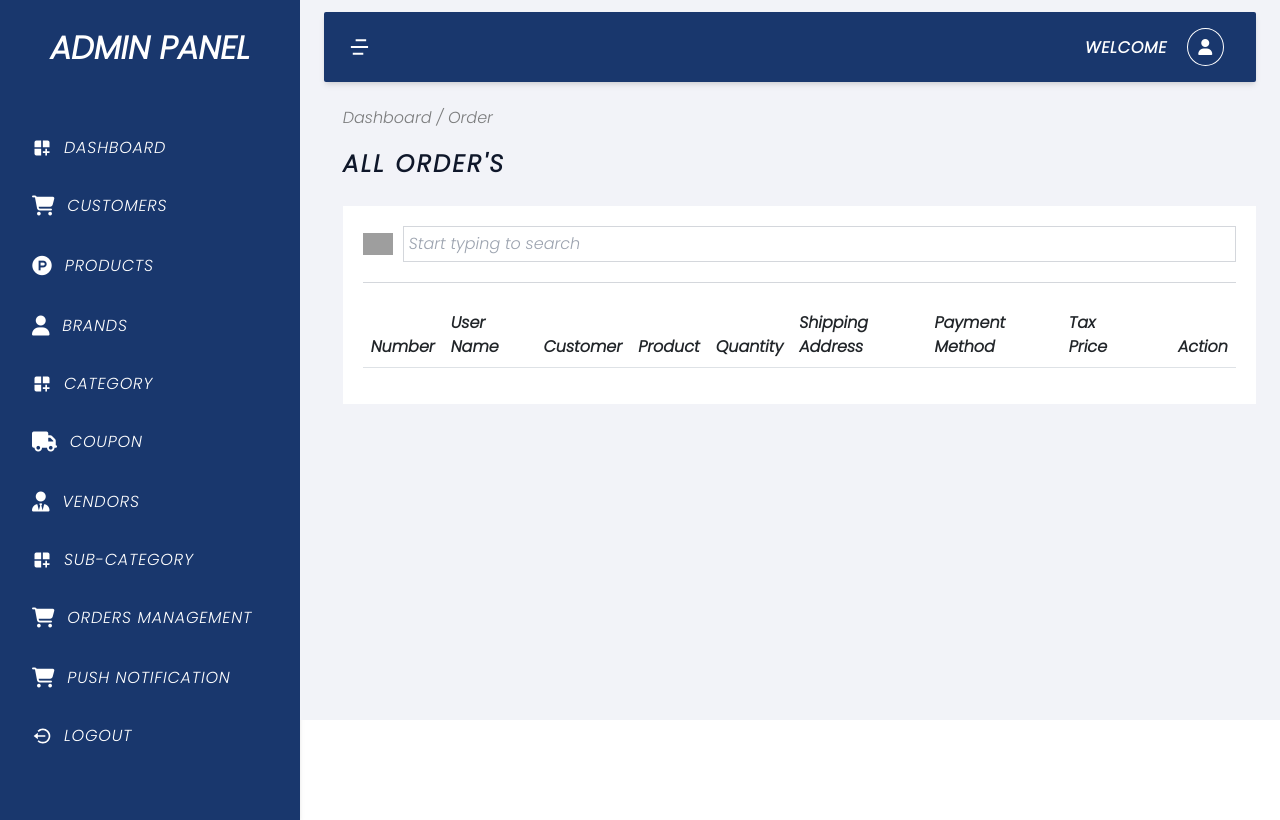
Repository: FlyweisReact/AnilAdminPanel
Page: /E-commerce/Admin/Orders
These files come from the project's save history. The page is drawn as it stood at one moment and after a run of saves; the edit follows.
The browser window is 1280 px wide. The pictures show the whole page.
Pictures or frames that could not be fetched are drawn as grey boxes. The page's requests for data from a server got no answer. Some web libraries are served in a nearby version. The project was rebuilt for these pictures with package versions that can differ from the ones it lists, and the page was loaded fresh each time. No one was signed in, and anything a server would have sent is missing. Also part of the build but not shown: src/E-CommerceAdmin/forms/Login.jsx, src/E-CommerceAdmin/pages/Dashboard.jsx, src/E-CommerceAdmin/pages/ECategory.js, src/E-CommerceAdmin/pages/EProduct.js, src/E-CommerceVendor/forms/EVendorLogin.jsx, src/E-CommerceAdmin/pages/EVendorList.js, src/E-CommerceAdmin/pages/EAdminProduct.js, src/E-CommerceAdmin/pages/EAdminDelivery.js and 5 more. Imported but missing from the stored project, and not drawn on this page: src/E-CommerceVendor/pages/EVCategory, src/E-CommerceVendor/pages/EVDashboard, src/E-CommerceVendor/pages/EVOrders, src/E-CommerceVendor/pages/EVProduct, src/E-CommerceVendor/pages/EVSubCategory.

Above is the page before, as saved 2023-05-03 16:19:21.

### public/index.html
<!-- @format -->

<!DOCTYPE html>
<html lang="en">
  <head>
    <meta charset="utf-8" />
    <meta name="viewport" content="width=device-width, initial-scale=1" />
    <meta name="theme-color" content="#000000" />
    <meta
      name="description"
      content="Web site created using create-react-app"
    />
    <link rel="apple-touch-icon" href="%PUBLIC_URL%/favicon.ico?v=2" />
    <link rel="manifest" href="%PUBLIC_URL%/manifest.json" />
    <link rel="preconnect" href="https://fonts.googleapis.com">
<link rel="preconnect" href="https://fonts.gstatic.com" crossorigin>
<link href="https://fonts.googleapis.com/css2?family=Roboto+Mono:ital,wght@1,300&display=swap" rel="stylesheet">
    <title>Anil Admin Panel</title>
  </head>
  <body>
    <noscript>You need to enable JavaScript to run this app.</noscript>
    <div id="root"></div>
    <script src="https://code.jquery.com/jquery-3.6.0.min.js"></script>
    <script src="https://kit.fontawesome.com/b533b351e4.js" crossorigin="anonymous"></script>
  </body>
</html>

### src/index.js
import React from "react";
import ReactDOM from "react-dom/client";
import "./index.css";
import App from "./App";
import { BrowserRouter } from "react-router-dom";
import 'bootstrap/dist/css/bootstrap.min.css'

const root = ReactDOM.createRoot(document.getElementById("root"));
root.render(
  <React.StrictMode>
    <BrowserRouter>
      <App />
    </BrowserRouter>
  </React.StrictMode>
);

### src/index.css
/** @format */

@tailwind base;
@tailwind components;
@tailwind utilities;
@import url("https://fonts.googleapis.com/css2?family=Roboto+Mono:ital,wght@1,300&display=swap");
@font-face {
  font-family: Roboto;
  src: url("./Fonts/Poppins-LightItalic.ttf");
}
body {
  margin: 0;
  font-family: Roboto !important;
  -webkit-font-smoothing: antialiased;
  -moz-osx-font-smoothing: grayscale;
}

code {
  font-family: Roboto !important;
}

html {
  font-family: Roboto !important;
}

::-webkit-scrollbar {
  width: 10px;
}
.fa-trash {
  color: red;
  cursor: pointer;
}

.iCOn {
  transition: 0.5s;
  box-shadow: none;
  transform: scale(1);
}
.cardDiv {
  cursor: pointer;
}

.cardDiv:hover .iCOn {
  box-shadow: rgba(0, 0, 0, 0.35) 0px 5px 15px;
  transform: scale(1.3);
}

/* Track */
::-webkit-scrollbar-track {
  background: #f1f1f1;
}

/* Handle */
::-webkit-scrollbar-thumb {
  background: #888;
}

/* Handle on hover */
::-webkit-scrollbar-thumb:hover {
  background: #555;
}
.profileImage {
  width: 100px;
}
.fa-eye {
  color: #029aff;
  cursor: pointer;
}
.fa-edit {
  cursor: pointer;
  color: blue;
}

.View {
  border: 1px solid black;
  width: 100%;
  padding: 10px;
}

.main-card--container {
  display: grid;
  grid-template-columns: repeat(3, minmax(300px, 500px));
  grid-gap: 50px;
  justify-content: space-around;
}
.card-container {
  margin: 25px 0 auto;
  box-shadow: rgba(0, 0, 0, 0.35) 0px 5px 15px;
  position: relative;
  display: grid;
  grid-template-columns: 1fr;
  justify-content: space-around;
  align-items: flex-start;
}

.myEdit:focus {
  box-shadow: rgba(0, 0, 0, 0.35) 0px 5px 15px;
}

.AstroLogin {
  color: #fff;
  background-color: #2b7a8e;
  padding: 10px;
  width: 380px;
  text-align: center;
  font-size: 20px;
  background: linear-gradient(to left, #2b7a8e 50%, #fff 50%) right;
  background-size: 200%;
  transition: 0.5s ease-out;
  border: 1px solid #2b7a8e;
  margin-top: 10px;
  text-transform: uppercase;
}
.AstroLogin:hover {
  background-position: left;
  color: #2b7a8e;
}

.EcommerceAdminLogin {
  color: #fff;
  background-color: #19376d;
  padding: 10px;
  width: 380px;
  text-align: center;
  font-size: 20px;
  background: linear-gradient(to left, #19376d 50%, #fff 50%) right;
  background-size: 200%;
  transition: 0.5s ease-out;
  border: 1px solid #19376d;
  margin-top: 10px;
  text-transform: uppercase;
}

.EcommerceAdminLogin:hover {
  background-position: left;
  color: #19376d;
}
.EcommerceVendorLogin {
  color: #fff;
  background-color: #576cbc;
  padding: 10px;
  width: 380px;
  text-align: center;
  font-size: 20px;
  background: linear-gradient(to left, #576cbc 50%, #fff 50%) right;
  background-size: 200%;
  transition: 0.5s ease-out;
  border: 1px solid #576cbc;
  margin-top: 10px;
  text-transform: uppercase;
}

.EcommerceVendorLogin:hover {
  background-position: left;
  color: #576cbc;
}

.view {
  background-color: #2196f3;
  color: #fff;
  width: 50%;
  padding: 5px;
}

.two-sec {
  display: flex;
  justify-content: space-evenly;
  justify-content: space-evenly;
}
.two-sec .left {
  width: 60%;
  background-color: #f6f1ef;
  padding: 20px;
}
.two-sec .left .head {
  font-size: 25px;
  font-weight: bold;
}

.two-sec .right {
  width: 30%;
  background-color: #f6f1ef;
}

.searchDiv {
  width: 100%;
  display: flex;
  gap: 10px;
  border: 1px solid rgb(179, 179, 179);
  padding: 10px;
  margin-bottom: 20px;
  align-items: center;
}
.searchDiv input {
  width: 94%;
  outline: none;
  border: none;
}

.flexCont {
  display: flex;
  align-items: center;
  gap: 10px;
}
.flexCont img {
  width: 60px;
  background-color: #e9ecef;
}

.blockContent {
  display: block;
}
.blockContent p {
  margin: 0;
}

.checkBox {
  width: 50px;
  height: 25px;
  background-color: #e9ecef;
  border-radius: 50px;
  position: relative;
  cursor: pointer;
}
.checkBox span {
  width: 20px;
  height: 20px;
  border-radius: 100%;
  background-color: #fff;
  position: absolute;
  left: 5px;
  top: 2px;
}
.ActivecheckBox {
  width: 50px;
  height: 25px;
  background-color: #0d6efd;
  border-radius: 50px;
  position: relative;
  cursor: pointer;
}
.ActivecheckBox span {
  width: 20px;
  height: 20px;
  border-radius: 100%;
  background-color: #fff;
  position: absolute;
  right: 5px;
  top: 2px;
}

.fa-eye {
  color: #0cba73;
  background-color: #d6f8e8;
  width: 40px;
  text-align: center;
  height: 40px;
  display: flex;
  border-radius: 100%;
  justify-content: center;
  padding-top: 10px;
  transition: 0.5s;
}

.fa-pen-to-square {
  color: #f4c39c;
  background-color: #ffebdb;
  width: 40px;
  text-align: center;
  height: 40px;
  display: flex;
  border-radius: 100%;
  justify-content: center;
  padding-top: 10px;
  cursor: pointer;
  transition: 0.5s;
}
.fa-trash {
  color: #df939f;
  background-color: #ffe1e8;
  width: 40px;
  text-align: center;
  height: 40px;
  display: flex;
  border-radius: 100%;
  justify-content: center;
  padding-top: 10px;
  cursor: pointer;
  transition: 0.5s;
}
.fa-trash:hover {
  transform: scale(1.2);
}
.fa-eye:hover {
  transform: scale(1.2);
}
.fa-pen-to-square:hover {
  transform: scale(1.2);
}
.required {
  color: #e74260;
}

.headP {
  margin-left: 2%;
  color: #7b7c7d;
}
.filterBox {
  display: flex;
  align-items: center;
  gap: 10px;
  border-bottom: 1px solid #d4d7dc;
  padding-bottom: 20px;
  margin-bottom: 20px;
}
.filterBox img {
  width: 30px;
}
.filterBox input {
  width: 100%;
  border: 1px solid #d4d7dc;
  outline: none;
  padding: 5px;
  color: black;
}
.sectionCont {
  width: 98%;
  background-color: #fff;
  margin-left: 2%;
  padding: 20px;
}

.overFlowCont {
  width: 100%;
  overflow-x: auto;
}

.UserProfile {
  border: 1px solid #fff;
  padding: 10px;
  border-radius: 100%;
  transition: 0.5s;
  margin-left: 20px;
  cursor: pointer;
}

.UserProfile:hover {
  background-color: #fff;
  color: #000;
}

.submitBtn{
  border-radius: 0 !important;
  background-color: #19376d !important  ;

}

.pagination{
display: flex;
justify-content: center;
align-items: center;
gap: 10px;
margin-bottom: 20px;
}
.pagination button{
  border: 1px solid black;
  /* height: 50px;
  width: 50px; */
  padding: 10px;
}

.active{
  background-color: #029aff;
  color: #fff;
  border: 1px solid #029aff  !important;
}

### src/E-CommerceAdmin/pages/EAdminOrders.js
/** @format */

import axios from "axios";
import React, { useEffect, useState } from "react";
import { Badge, Button, Form, Modal, Table } from "react-bootstrap";
import HOC from "../layout/HOC";

const EAdminOrders = () => {
  const [modalShow, setModalShow] = useState(false);
  const [data, setData] = useState([]);

  const fetchData = async () => {
    try {
      const { data } = await axios.get(
        " https://xw9mf13nwl.execute-api.ap-south-1.amazonaws.com/dev/api/v1/orders"
      );
      setData(data);
    } catch (e) {
      console.log(e);
    }
  };

  useEffect(() => {
    fetchData();
  }, []);

  function EditStatus(props) {
    return (
      <Modal
        {...props}
        size="lg"
        aria-labelledby="contained-modal-title-vcenter"
        centered
      >
        <Modal.Header closeButton>
          <Modal.Title id="contained-modal-title-vcenter">
            Edit Status
          </Modal.Title>
        </Modal.Header>
        <Modal.Body>
          <Form>
            <Form.Select aria-label="Default select example" className="mb-3">
              <option>--Edit Status--</option>
              <option value="1">Shipped</option>
              <option value="2">Pending</option>
              <option value="3">Canceled</option>
            </Form.Select>
            <Button variant="outline-success">Submit</Button>
          </Form>
        </Modal.Body>
      </Modal>
    );
  }

  return (
    <>
      <EditStatus show={modalShow} onHide={() => setModalShow(false)} />
      <section>
        <p className="headP">Dashboard / Order</p>

        <div
          className="pb-4 sticky top-0  w-full flex justify-between items-center"
          style={{ width: "98%", marginLeft: "2%" }}
        >
          <span
            className="tracking-widest text-slate-900 font-semibold uppercase"
            style={{ fontSize: "1.5rem" }}
          >
            All Order's
          </span>
        </div>
        <section className="sectionCont">
          <div className="filterBox">
            <img
              src="https://t4.ftcdn.net/jpg/01/41/97/61/360_F_141976137_kQrdYIvfn3e0RT1EWbZOmQciOKLMgCwG.jpg"
              alt=""
            />
            <input type="search" placeholder="Start typing to search" />
          </div>

          <div className="overFlowCont">
            <Table>
              <thead>
                <tr>
                  <th>Number</th>
                  <th>User Name</th>
                  <th>Customer</th>
                  <th>Product</th>
                  <th>Quantity</th>
                  <th>Shipping Address</th>
                  <th>Payment Method</th>
                  <th>Tax Price</th>
                  <th>  </th>
                  <th>  </th>
                  <th>Action</th>
                </tr>
              </thead>
              <tbody>
                {data?.data?.map((i, index) => (
                  <tr key={index}>
                    <td> #{index + 1} </td>
                    <td> {i.userId?.name} </td>
                    <td>
                      {" "}
                      {i.items?.map((item , index) => (
                        <ul key={index}>
                          <li> {item.product?.name}  </li>
                        </ul>
                      ))}{" "}
                    </td>
                    <td>
                      {" "}
                      {i.items?.map((item , index) => (
                        <ul key={index}>
                          <li> {item.quantity}  </li>
                        </ul>
                      ))}{" "}
                    </td>
                    <td> {i.shippingAddress} </td>
                    <td> {i.paymentMethod} </td>
                    <td> {i.taxPrice} </td>
                    <td> {i.shippingPrice} </td>
                    <td> {i.isPaid=== false ? <Badge bg='danger'>Not Paid</Badge> : <Badge bg='success' >Paid</Badge>} </td>
                    <td> {i.isDelivered === false ? <Badge bg='danger'>Not Paid</Badge> : <Badge bg='success' >Paid</Badge> } </td>
                    <td> {i.createdAt  } </td>
                    <td>
                      <span className="d-flex gap-2">
                        <i className="fa-solid fa-trash"></i>
                        <i
                          class="fa-solid fa-pen-to-square"
                          onClick={() => {
                            setModalShow(true);
                          }}
                        ></i>
                      </span>
                    </td>
                  </tr>
                ))}
              </tbody>
            </Table>
          </div>
        </section>
      </section>
    </>
  );
};

export default HOC(EAdminOrders);

### src/E-CommerceAdmin/layout/HOC.jsx
/** @format */

import React, { useState } from "react";
import Navbar from "./Navbar";
import Sidebar from "./Sidebar";

const HOC = (Wcomponenet) => {
  return function Component() {
    const [hamb, setHamb] = useState(false);
    return (
      <>
        <section className="flex overflow-x-hidden relative ">
          {/* Sidebar */}
          <div
            className={
              hamb
                ? " absolute top-0 z-30 md:w-auto shadow-md bg-slate-200  w-60 transition-all md:-left-full left duration-150  h-auto overflow-y-auto  left-0 "
                : " md:w-72 z-30 bg-slate-200  shadow-md  md:static absolute top-0 -left-full   transition-all duration-150  overflow-y-auto h-auto"
            }
            style={{ minWidth: "300px" }}
          >
            <Sidebar hamb={hamb} setHamb={setHamb} />
          </div>
          {/* Components & Navbar */}
          <div
            className={
              hamb
                ? " transition-all px-4 py-2  duration-150 w-full h-screen"
                : " w-full h-screen  px-4 py-2   z-50 transition-all duration-150 "
            }
            style={{backgroundColor : '#f2f3f8'}}
          >
            <Navbar hamb={hamb} setHamb={setHamb} />
            <div className="my-6 text-#000 h-[87%] wcomp overflow-y-auto">
              {" "}
              <Wcomponenet />
            </div>
          </div>
        </section>
      </>
    );
  };
};

export default HOC;

### src/E-CommerceAdmin/layout/Navbar.jsx
/** @format */

import { useState } from "react";
import { RiMenu4Line } from "react-icons/ri";
import { ProfileUpdate } from "../Modals/Modals";

const Navbar = ({ hamb, setHamb }) => {
  const [openProfile, setOpenProfile] = useState(false);

  return (
    <>
      <ProfileUpdate show={openProfile} onHide={() => setOpenProfile(false)} />

      <div
        className={
          hamb
            ? "flex  w-full justify-between  my-1 rounded-sm  p-4 py-3 shadow-md items-center  bg-slate-200 space-x-4"
            : "flex  w-full justify-between my-1 rounded-sm  p-4 py-3 shadow-md items-center  bg-slate-200 space-x-4"
        }
        style={{ backgroundColor: "#19376d" }}
      >
        <RiMenu4Line
          onClick={() => setHamb(!hamb)}
          className="text-2xl font-bold text-gray-900 hover:scale-90 cursor-pointer"
          style={{ color: "#fff" }}
        />

        <section className="flex sm:ml-auto justify-end sm:w-full items-center space-x-2  pr-2">
          <figcaption className="tracking-wider pl-1 font-semibold">
            <div
              className="lg:text-base text-sm text-gray-900  uppercase"
              style={{ color: "#fff" }}
            >
              Welcome
              <i
                className="fa-solid fa-user UserProfile"
                onClick={() => setOpenProfile(!openProfile)}
              ></i>
            </div>
          </figcaption>
        </section>
      </div>
    </>
  );
};

export default Navbar;

### src/E-CommerceAdmin/layout/Sidebar.jsx
/** @format */

import React from "react";
import { RiCloseLine } from "react-icons/ri";
import { Link, useNavigate } from "react-router-dom";
import { BiLogOutCircle } from "react-icons/bi";
import { MdDashboardCustomize } from "react-icons/md";

const Sidebar = ({ hamb, setHamb }) => {
  const navigate = useNavigate();

  const nav = [
    {
      icon: <MdDashboardCustomize className="text-xl mr-3 rounded-full " />,
      link: "/E-Commerce/dashboard",
      name: "Dashboard",
    },

    {
      icon: (
        <i className="fa-solid fa-cart-shopping text-xl mr-3 rounded-full"></i>
      ),
      link: "/Customer",
      name: "Customers",
    },

    {
      icon: (
        <i className="fa-brands fa-product-hunt text-xl mr-3 rounded-full"></i>
      ),
      link: "/E-Commerce/Product",
      name: "Products",
    },

    {
      icon: <i class="fa-solid fa-user text-xl mr-3 rounded-full"></i>,
      link: "/E-Commerce/Admin",
      name: "Brands",
    },
    {
      icon: <MdDashboardCustomize className="text-xl mr-3 rounded-full " />,
      link: "/E-Commerce/Category",
      name: "Category",
    },
    {
      icon: <i class="fa-solid fa-truck  text-xl mr-3 rounded-full"></i>,
      link: "/E-Commerce/Admin/Delivery",
      name: "Coupon",
    },

    {
      icon: <i class="fa-solid fa-user-tie text-xl mr-3 rounded-full"></i>,
      link: "/E-Commerce/VendorList",
      name: "Vendors",
    },




    {
      icon: <MdDashboardCustomize className="text-xl mr-3 rounded-full " />,
      link: "/E-Commerce/Admin/subCat",
      name: "Sub-Category",
    },

    {
      icon: (
        <i className="fa-solid fa-cart-shopping text-xl mr-3 rounded-full"></i>
      ),
      link: "/E-commerce/Admin/Orders",
      name: "Orders Management",
    },

    {
      icon: (
        <i className="fa-solid fa-cart-shopping text-xl mr-3 rounded-full"></i>
      ),
      link: "/notification",
      name: "Push Notification",
    },
  ];

  const logOut = () => {
    navigate("/");
  };

  return (
    <>
      <aside
        className="p-4 h-auto"
        style={{ backgroundColor: "#19376d", minHeight: "100vh" }}
      >
        {/* Top */}
        <div className="w-full md:hidden relative  p-2 mb-4">
          <RiCloseLine
            onClick={() => setHamb(!hamb)}
            className="text-3xl  absolute top-2 sm:hover:rotate-[228deg] transition-transform font-bold right-2 sm:hover:text-[22px] text-[rgb(241,146,46)] cursor-pointer"
          />
        </div>{" "}
        <figure className="flex  flex-col items-center">
          <span
            className="font-bold text-[#fff]"
            style={{
              fontSize: "2rem",
              textAlign: "center",
              textTransform: "uppercase",
            }}
          >
             ADMIN PANEL
          </span>
        </figure>
        <nav className="py-6">
          {nav.map((nav) => {
            return (
              <Link
                to={nav.link}
                key={nav.name}
                className=""
                style={{ textDecoration: "none", textTransform: "uppercase" }}
              >
                <span
                  className="flex my-3 items-center cursor-pointer text-gray-900    tracking-wider p-2 rounded-sm"
                  style={{ color: "#FFF" }}
                >
                  {nav.icon} {nav.name}
                </span>
              </Link>
            );
          })}
          <span
            className="flex my-3 items-center cursor-pointer text-gray-900    tracking-wider p-2 rounded-sm"
            onClick={() => logOut()}
            style={{ color: "#FFF", textTransform: "uppercase" }}
          >
            <BiLogOutCircle className="text-xl mr-3 rounded-full " /> LogOut
          </span>
        </nav>
      </aside>
    </>
  );
};

export default Sidebar;

### src/E-CommerceAdmin/Modals/Modals.js
/** @format */

import { Button, Form, Modal } from "react-bootstrap";

export function ProfileUpdate(props) {
  return (
    <Modal
      {...props}
      size="lg"
      aria-labelledby="contained-modal-title-vcenter"
      centered
    >
      <Modal.Header closeButton>
        <Modal.Title id="contained-modal-title-vcenter">
          Update Profile
        </Modal.Title>
      </Modal.Header>
      <Modal.Body>
        <Form>
          <Form.Group className="mb-3">
            <Form.Label>Name</Form.Label>
            <Form.Control type="text" />
          </Form.Group>
          <Form.Group className="mb-3">
            <Form.Label>Email</Form.Label>
            <Form.Control type="email" />
          </Form.Group>
          <Form.Group className="mb-3">
            <Form.Label>Phone Number</Form.Label>
            <Form.Control type="tel" pattern="[0-9]{10}" />
          </Form.Group>
          <Form.Group className="mb-3">
            <Form.Label>Password</Form.Label>
            <Form.Control type="password" />
          </Form.Group>
          <Button className="submitBtn" >Submit</Button>
        </Form>
      </Modal.Body>
      <Modal.Footer></Modal.Footer>
    </Modal>
  );
}

Loaded but not shown: tailwind.config.js (common file); src/App.js (66 lines, source omitted)

After the next 3 saves:
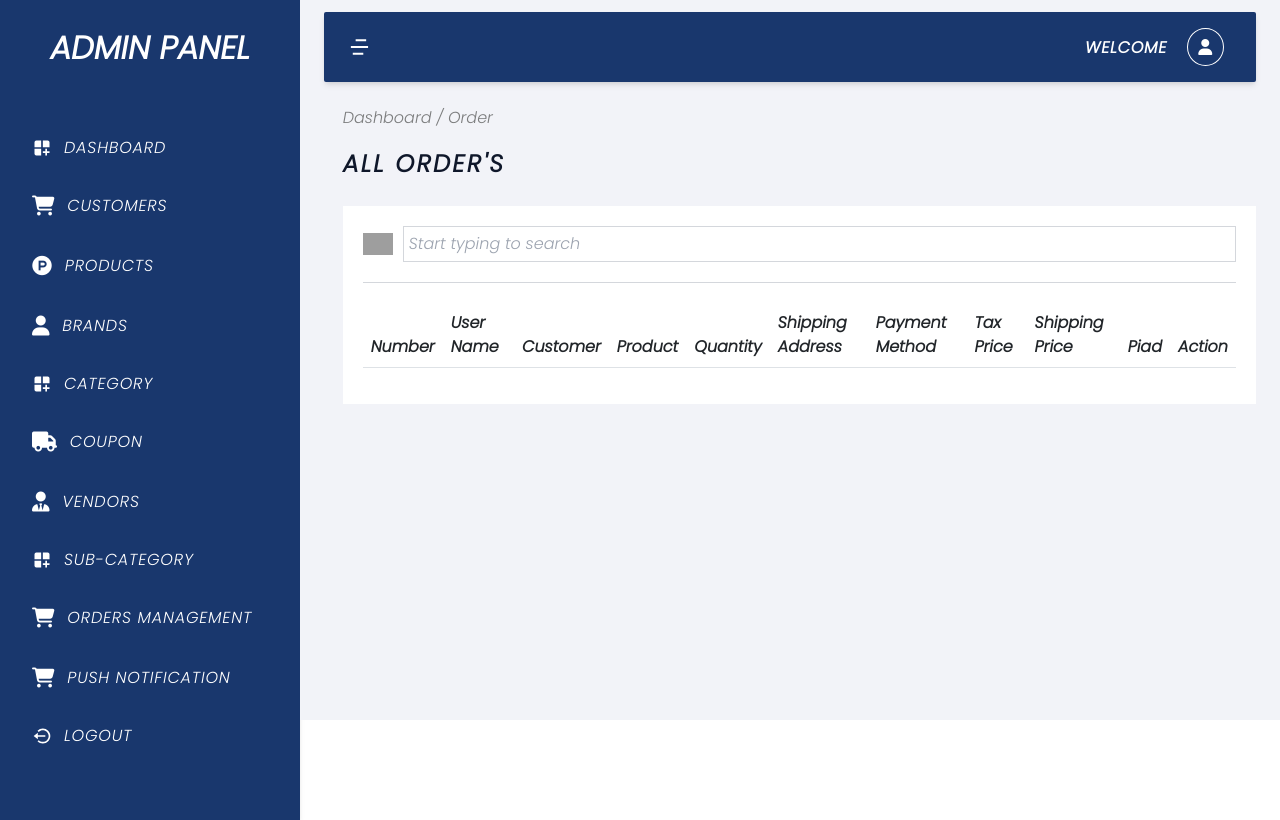
The 3 saves are shown as one change because they came seconds apart.
The last was saved 11 s later.
--- a/src/E-CommerceAdmin/pages/EAdminOrders.js
+++ b/src/E-CommerceAdmin/pages/EAdminOrders.js
@@ -90,8 +90,8 @@ const EAdminOrders = () => {
                   <th>Shipping Address</th>
                   <th>Payment Method</th>
                   <th>Tax Price</th>
-                  <th>  </th>
-                  <th>  </th>
+                  <th> Shipping Price </th>
+                  <th> Piad  </th>
                   <th>Action</th>
                 </tr>
               </thead>
